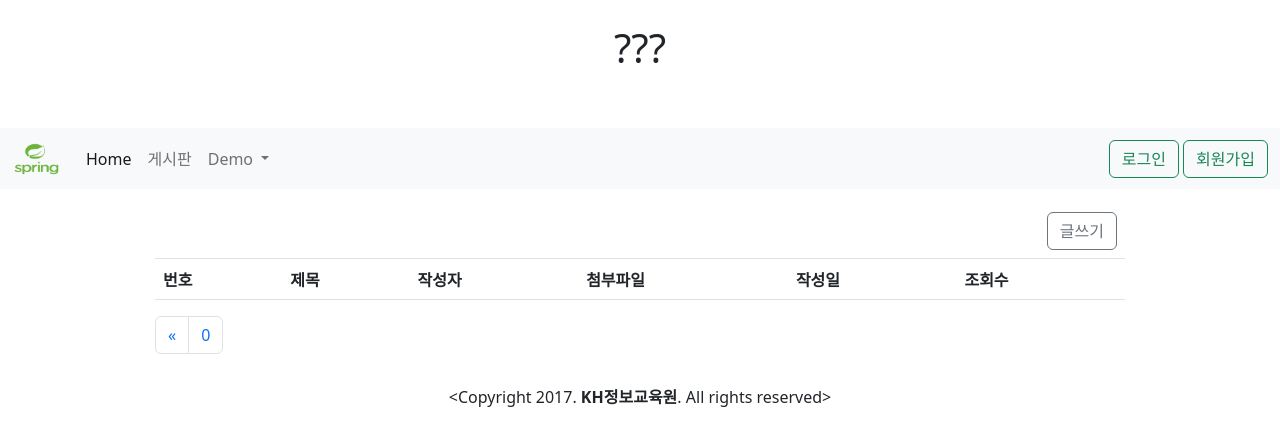
Repository: pcj0310/06_springWork
Page: http://localhost/springProject/WEB-INF/views/board/boardList.jsp
These files come from the project's save history. The page is drawn as it stood at one moment and after the next save; the edit follows.
The browser window is 1280 px wide. The pictures show the whole page.
The page is served by Tomcat 9. Nobody is signed in. Other server files are loaded and not shown. The template is opened directly, without the code that normally fills it, so the values that code supplies are empty.

Above is the page before, as saved 2023-06-19 05:49:40.

### springProject/src/main/webapp/WEB-INF/views/board/boardList.jsp
<%@ page language="java" contentType="text/html; charset=UTF-8"
    pageEncoding="UTF-8"%>
<%@ taglib prefix="c" uri="http://java.sun.com/jsp/jstl/core" %>
<%@ taglib prefix="fmt" uri="http://java.sun.com/jsp/jstl/fmt" %>
<%@ taglib prefix="fn" uri="http://java.sun.com/jsp/jstl/functions" %>
<style>
	#container {
		width: 1000px;
		margin: auto;
		padding:15px;
	}

	nav {
		align-content: center;
	}
</style>
<jsp:include page="/WEB-INF/views/common/header.jsp">
	<jsp:param value="게시판" name="title"/>
</jsp:include>

<div id="container">
	<table class="table">
		<tr>
			<td colspan="6" align="right">
				<button type="button" class="btn btn-outline-secondary" id="enrollBtn">글쓰기</button>
			</td>
		</tr>
		<tr>
			<th scope="col">번호</th>
			<th scope="col">제목</th>
			<th scope="col">작성자</th>
			<th scope="col">첨부파일</th>
			<th scope="col">작성일</th>
			<th scope="col">조회수</th>
		</tr>
		<c:forEach items="${boardList}" var="board">
			<tr>
				<td>${board.boardNo}</td>
				<td><a>${board.boardTitle}</a></td>
				<td>${board.boardWriter}</td>
				<td>
					<c:if test="${not empty board.originalFilename}">
						<img src="${pageContext.request.contextPath}/resources/img/file.png" alt="파일" width="20px" >
					</c:if>
				${board.originalFilename}</td>
				<td>${board.createDate}</td>
				<td>${board.count}</td>
			</tr>
		</c:forEach>
	</table>
<nav aria-label="Page navigation example" >
	  <ul class="pagination">
	  <c:if test="${pi.nowPage ne 1}">
	    <li class="page-item">
	      <a class="page-link" href="${pageContext.request.contextPath}/board/boardList.bo?nowPage=${pi.nowPage-1}" aria-label="Previous">
	        <span aria-hidden="ture">&laquo;</span>
	      </a>
	    </li>
	  </c:if>
	  <c:forEach var="p" begin="${pi.startPage}" end="${pi.endPage}">
	    <c:choose>
	    	<c:when test="${p eq pi.nowPage}">
	    		<li class="page-item active"><a class="page-link" href="${pageContext.request.contextPath}/board/boardList.bo?nowPage=${p}">${p}</a></li>
	  		</c:when>
	  		<c:otherwise>
	  			<li class="page-item"><a class="page-link" href="${pageContext.request.contextPath}/board/boardList.bo?nowPage=${p}">${p}</a></li>
	  		</c:otherwise>
	  	</c:choose>
	  </c:forEach>
	  <c:if test="${pi.nowPage ne pi.totalPage}">
	    <li class="page-item">
	      <a class="page-link" href="${pageContext.request.contextPath}/board/boardList.bo?nowPage=${pi.nowPage+1}" aria-label="Next">
	        <span aria-hidden="true">&raquo;</span>
	      </a>
	    </li>
	  </c:if>
	  </ul>
</nav>
</div>
<script>
	document.querySelector("#enrollBtn").addEventListener('click', (e) => {
		location.href='${pageContext.request.contextPath}/board/boardForm.bo';
	})
</script>
<jsp:include page="/WEB-INF/views/common/footer.jsp" />

### springProject/src/main/webapp/WEB-INF/views/common/header.jsp
<%@ page language="java" contentType="text/html; charset=UTF-8"
    pageEncoding="UTF-8"%>
<%@ taglib prefix="c" uri="http://java.sun.com/jsp/jstl/core" %>
<%@ taglib prefix="fmt" uri="http://java.sun.com/jsp/jstl/fmt" %>
<%@ taglib prefix="fn" uri="http://java.sun.com/jsp/jstl/functions" %>
<!DOCTYPE html>
<html>
<head>
<meta charset="UTF-8">

<title>${param.title}</title>

<script src="https://ajax.googleapis.com/ajax/libs/jquery/3.6.3/jquery.min.js"></script>
<link href="https://cdn.jsdelivr.net/npm/bootstrap@5.2.3/dist/css/bootstrap.min.css" rel="stylesheet" integrity="sha384-rbsA2VBKQhggwzxH7pPCaAqO46MgnOM80zW1RWuH61DGLwZJEdK2Kadq2F9CUG65" crossorigin="anonymous">
<link rel="stylesheet" href="${pageContext.request.contextPath}/resources/css/style.css">
<!-- DB에 저장이 잘 되었다면 alert창 띄우기 -->
<c:if test="${not empty msg}">
<script type="text/javascript">
alert('${msg}');
</script>
</c:if>

</head>
<body>
<script src="https://cdn.jsdelivr.net/npm/bootstrap@5.2.3/dist/js/bootstrap.bundle.min.js" integrity="sha384-kenU1KFdBIe4zVF0s0G1M5b4hcpxyD9F7jL+jjXkk+Q2h455rYXK/7HAuoJl+0I4" crossorigin="anonymous"></script>

<header>
<br>
<h1 align="center">${param.title}</h1>
<br><br>
<nav class="navbar navbar-expand-lg bg-light">
 <div class="container-fluid">
   <a class="navbar-brand" href="#">
    <img src="${pageContext.request.contextPath}/resources/img/spring.png" alt="spring" width="50" height="35">
   </a>
   <button class="navbar-toggler" type="button" data-bs-toggle="collapse" data-bs-target="#navbarSupportedContent" aria-controls="navbarSupportedContent" aria-expanded="false" aria-label="Toggle navigation">
     <span class="navbar-toggler-icon"></span>
   </button>
   <div class="collapse navbar-collapse" id="navbarSupportedContent">
     <ul class="navbar-nav me-auto mb-2 mb-lg-0">
       <li class="nav-item">
         <a class="nav-link active" aria-current="page" href="${pageContext.request.contextPath}">Home</a>
       </li>
       <li class="nav-item">
         <a class="nav-link" href="${pageContext.request.contextPath}/board/boardList.bo">게시판</a>
       </li>
       <li class="nav-item dropdown">
         <a class="nav-link dropdown-toggle" href="#" role="button" data-bs-toggle="dropdown" aria-expanded="false">
           Demo
         </a>
         <ul class="dropdown-menu">
           <li><a class="dropdown-item" href="${pageContext.request.contextPath}/demo/devForm.do">Demo등록</a></li>
           <li><a class="dropdown-item" href="${pageContext.request.contextPath}/demo/devList.do">Demo목록</a></li>
         </ul>
       </li>
     </ul>


      <c:if test="${empty loginMember}">
         <button class="btn btn-outline-success" type="button"
      data-bs-toggle="modal" data-bs-target="#loginModal">로그인</button>&nbsp;
      <button class="btn btn-outline-success" type="button"
      onclick="location.href='${pageContext.request.contextPath}/member/memberEnroll.me'">회원가입</button>
     </c:if>
     <c:if test="${not empty loginMember}">
<a href="${pageContext.request.contextPath}/member/memberDetail.me">${loginMember.userName}님이 로그인 되었습니다</a>&emsp;
<button class="btn btn-outline-success" type="button"
onclick="location.href='${pageContext.request.contextPath}/member/memberLogout.me'">로그아웃</button>
     </c:if>
   </div>
 </div>
</nav>

<!-- 로그인 모달창 -->
<div class="modal" tabindex="-1" id="loginModal">
 <div class="modal-dialog">
   <div class="modal-content">
     <div class="modal-header">
       <h5 class="modal-title">로그인</h5>
       <button type="button" class="btn-close" data-bs-dismiss="modal" aria-label="Close"></button>
     </div>

     <form action="${pageContext.request.contextPath}/member/memberLogin.me" method="post">
     <div class="modal-body">
       <div class="mb-3 row">
<label for="name" class="col-sm-2 col-form-label">ID</label>
<div class="col-sm-10">
<input type="text" class="form-control" name="userId" required>
</div>
</div>
<div class="mb-3 row">
<label for="career" class="col-sm-2 col-form-label">PW</label>
<div class="col-sm-10">
<input type="password" class="form-control" name="userPwd" required>
</div>
</div>
   </div>


     <div class="modal-footer">
       <button type="submit" class="btn btn-secondary" data-bs-dismiss="modal">로그인</button>
       <button type="button" class="btn btn-primary">취소</button>
     </div>
    </form>
   </div>
 </div>
</div>
</header>
<section>

</body>
</html>

### springProject/src/main/webapp/WEB-INF/views/common/footer.jsp
<%@ page language="java" contentType="text/html; charset=UTF-8"
    pageEncoding="UTF-8"%>

	</section>
	<footer>
		<p>&lt;Copyright 2017. <strong>KH정보교육원</strong>. All rights reserved&gt;</p>
	</footer>

	</body>
</html>

### springProject/src/main/webapp/resources/css/style.css
@charset "UTF-8";

h1 {text-align:center;}
section {text-align:center;}
footer {text-align:center;}

After the next save:
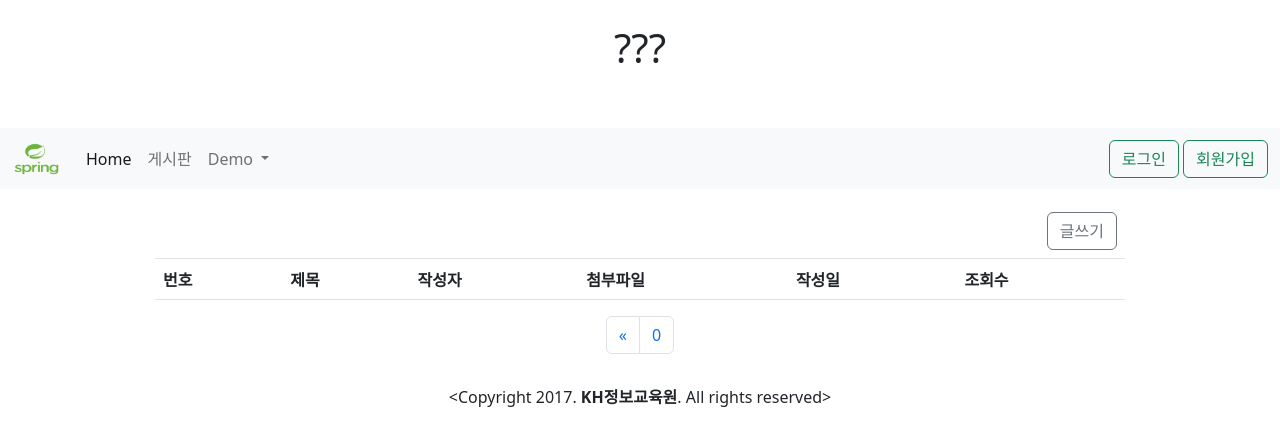
Saved 30 s later.
--- a/springProject/src/main/webapp/WEB-INF/views/board/boardList.jsp
+++ b/springProject/src/main/webapp/WEB-INF/views/board/boardList.jsp
@@ -11,7 +11,8 @@
 	}
 
 	nav {
-		align-content: center;
+		display: flex;
+		justify-content: center;
 	}
 </style>
 <jsp:include page="/WEB-INF/views/common/header.jsp">
